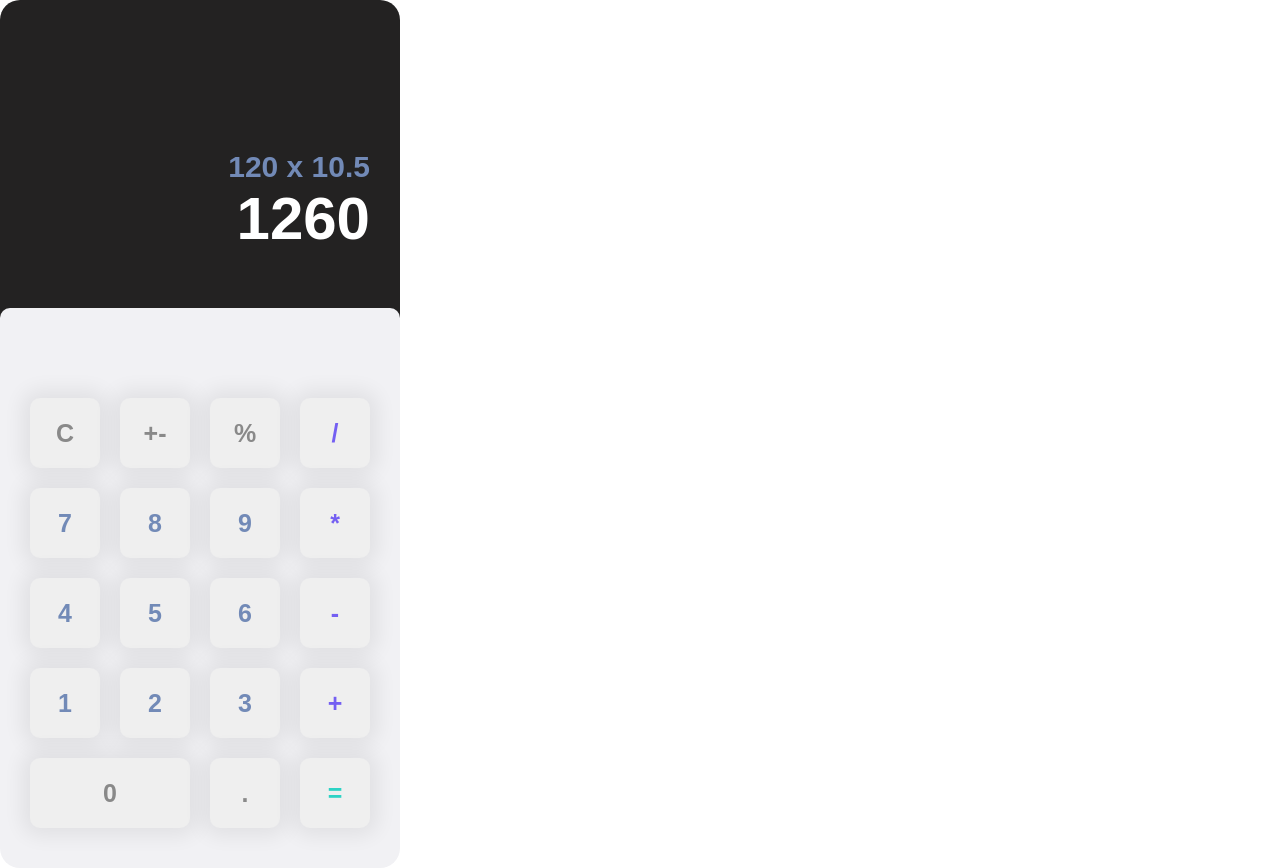
Repository: BrunoBross/calculator
Page: index.html
These files come from the project's save history. The page is drawn as it stood at one moment and after the next save; the edit follows.
The browser window is 1280 px wide. The pictures show the whole page.

Above is the page before, as saved 2021-11-30 23:20:28.

After the next save:
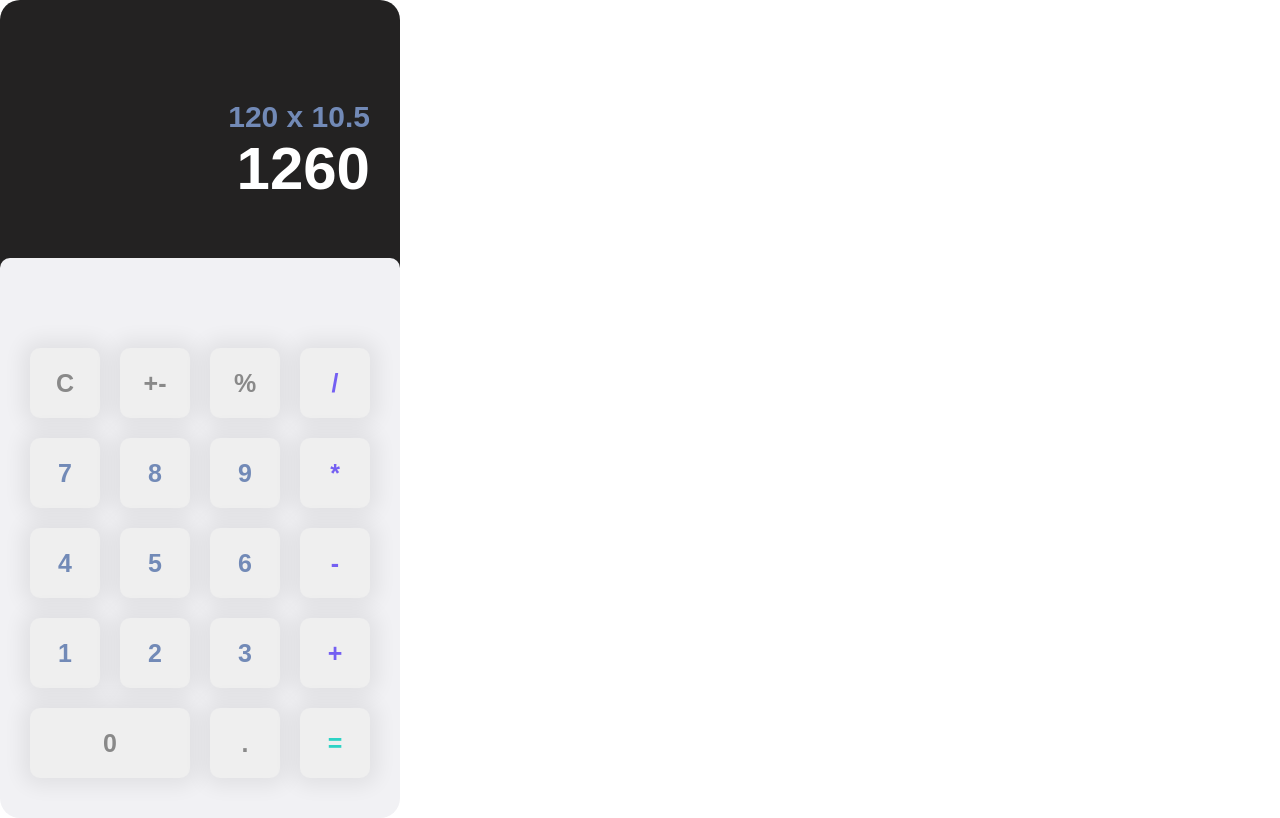
Saved 7 s later.
--- a/style.css
+++ b/style.css
@@ -18,7 +18,7 @@
   flex-direction: column;
   align-items: flex-end;
   height: 200px;
-  margin-top: 150px;
+  margin-top: 100px;
   margin-right: 30px;
 }
 
